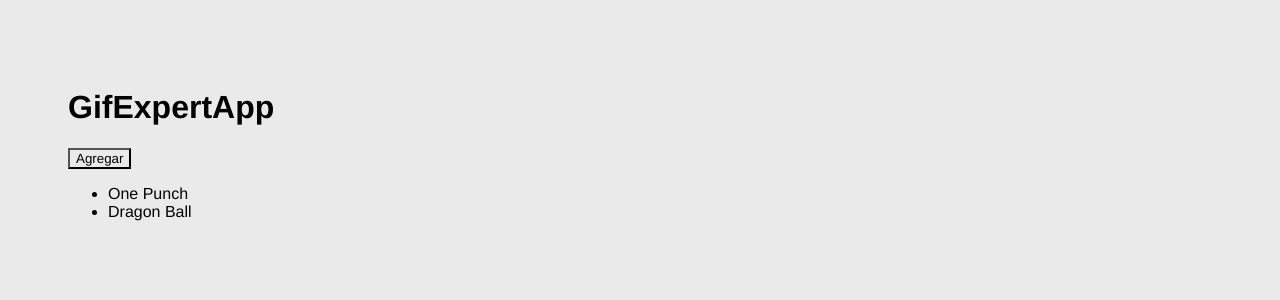
Repository: bryanesteban/gif-expert-app
Page: /
An editor plug-in stored every save of this project. The page is shown before and after the next save, followed by the edit.
The browser window is 1280 px wide. The pictures show the whole page.
The project was rebuilt for these pictures with package versions that can differ from the ones it lists, and the page was loaded fresh each time. Also part of the build but not shown: vite.config.js.

Above is the page before, as saved 2024-06-12 05:48:34.

### src/main.jsx
import React from 'react'
import ReactDOM from 'react-dom/client'
import { GifExpertApp } from './GifExpertApp'

import './styles.css';

ReactDOM.createRoot(document.getElementById('root')).render(
  <React.StrictMode>
    <GifExpertApp />
  </React.StrictMode>,
)

### src/GifExpertApp.jsx
import { useState } from "react";


export const GifExpertApp = () => {




    const [ categories , setCategories ] = useState([ 'One Punch', 'Dragon Ball']);

    const onAddCategory = () => {
        setCategories('Fullmetal Alchemist');
    }
    console.log(categories);

    return (
    <>
    {/*Titulo */}
    <h1>GifExpertApp</h1>
    {/*Input */}
    {/*Listado de gif */}
    <button onClick={onAddCategory}>Agregar</button>
    <ul>
        { categories.map( category => {
                return <li key={category}>{category} </li>
        }) }

    </ul>
    {/* gif Item */}

    </>
  )
};

Loaded but not shown: index.html (common file); src/styles.css (common file)

After the next save:
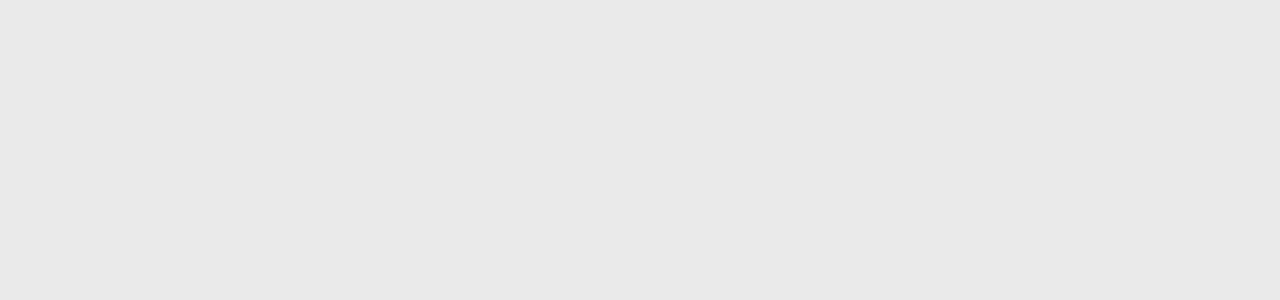
Console error: TypeError: categories.map is not a function
Saved 9 s later.
--- a/src/GifExpertApp.jsx
+++ b/src/GifExpertApp.jsx
@@ -19,7 +19,7 @@
     <h1>GifExpertApp</h1>
     {/*Input */}
     {/*Listado de gif */}
-    <button onClick={onAddCategory}>Agregar</button>
+    <button onClick={onAddCategory()}>Agregar</button>
     <ul>
         { categories.map( category => {
                 return <li key={category}>{category} </li>

After the 4 saves that followed:
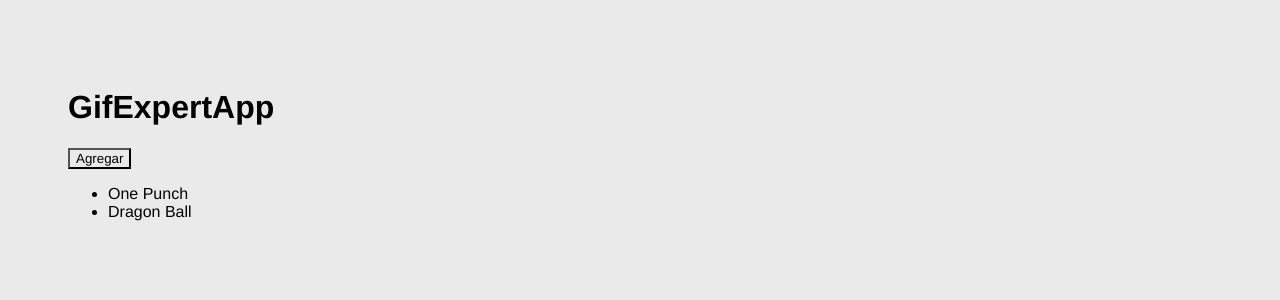
The error is gone.
The 4 saves are shown as one change because 3 left the picture as it was.
The last was saved 2 min 14 s later.
--- a/src/GifExpertApp.jsx
+++ b/src/GifExpertApp.jsx
@@ -9,7 +9,7 @@
     const [ categories , setCategories ] = useState([ 'One Punch', 'Dragon Ball']);
 
     const onAddCategory = () => {
-        setCategories('Fullmetal Alchemist');
+        setCategories(['Fullmetal Alchemist']);
     }
     console.log(categories);
 
@@ -19,7 +19,7 @@
     <h1>GifExpertApp</h1>
     {/*Input */}
     {/*Listado de gif */}
-    <button onClick={onAddCategory()}>Agregar</button>
+    <button onClick={onAddCategory}>Agregar</button>
     <ul>
         { categories.map( category => {
                 return <li key={category}>{category} </li>
